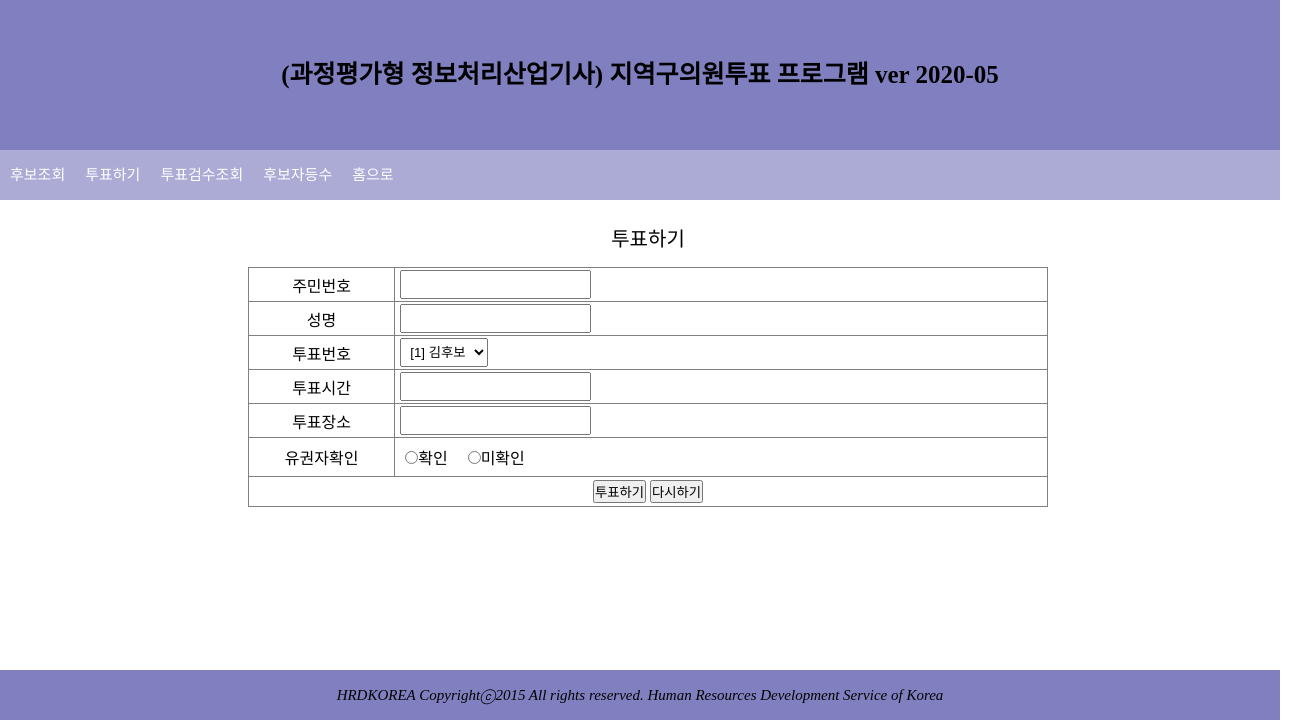
Repository: eunbiro/HRD_1236
Page: http://localhost/HRD_1235/insert.jsp
These files come from the project's save history. The page is drawn as it stood at one moment and after the next save; the edit follows.
The browser window is 1280 px wide. The page is 1296 px wide, so the pictures cover 1296 px, including what lies to the right of the window. The pictures show the whole page.
The page is served by Tomcat 9.

Above is the page before, as saved 2022-12-22 01:58:21.

After the next save:
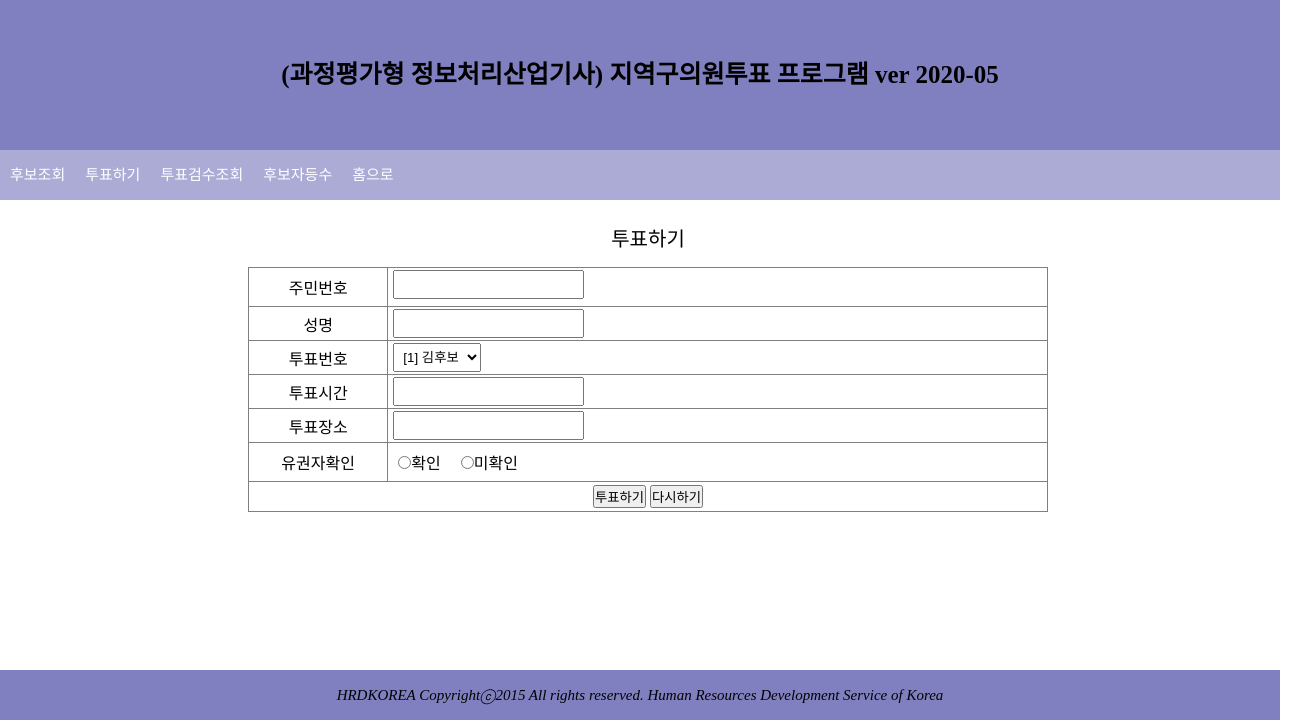
Saved 7 s later.
--- a/HRD_1235/src/main/webapp/style.css
+++ b/HRD_1235/src/main/webapp/style.css
@@ -69,11 +69,13 @@
 	height: 30px;
 }
 
-td > input, td select, td label {
+td > input, td select, td label, td a {
 	float: left;
 	padding: 5px;
 	margin: 2px 5px;
 }
+
+
 
 footer {
 	position: fixed;

After the save that followed:
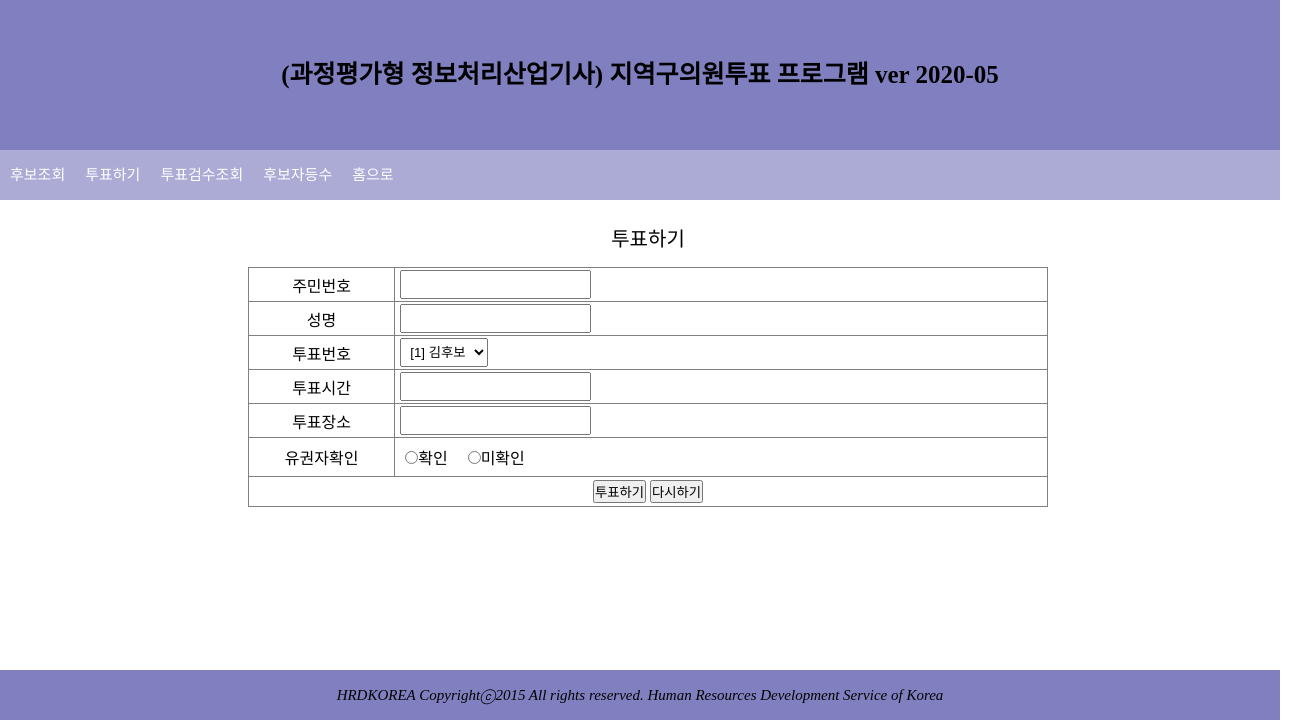
Saved 43 s later.
--- a/HRD_1235/src/main/webapp/style.css
+++ b/HRD_1235/src/main/webapp/style.css
@@ -69,10 +69,16 @@
 	height: 30px;
 }
 
-td > input, td select, td label, td a {
+td > input, td select, td label {
 	float: left;
 	padding: 5px;
 	margin: 2px 5px;
+}
+
+td a {
+	float: left;
+	height: 30px;
+	line-height: 30px;
 }
 
 
